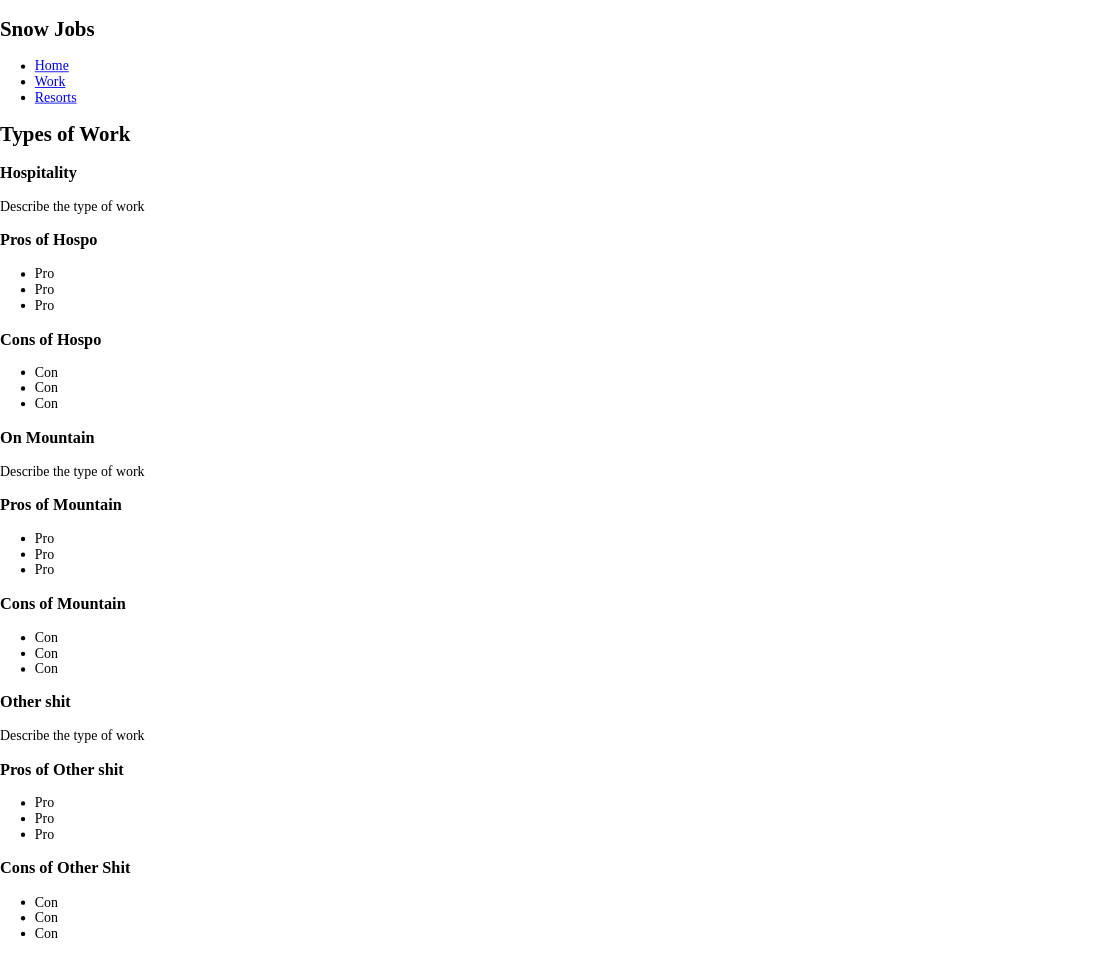
Repository: Jet-Gill-Lee/SnowSite
Page: work-overview.html
An editor plug-in stored every save of this project. The page is shown before and after the next save, followed by the edit.
The browser window is 1280 px wide. The pictures show the whole page, at 87% of full size.

Above is the page before, as saved 2021-07-24 23:45:41.

### work-overview.html
<!DOCTYPE html>
<html lang="en">
<head>
    <meta charset="UTF-8">
    <meta http-equiv="X-UA-Compatible" content="IE=edge">
    <meta name="viewport" content="width=device-width, initial-scale=1.0">
    <link rel="stylesheet" href="css/stylesheet.css">
    <title>SnowSite</title>
</head>
<body>
<!-- PAGE HEADER -->
  <header id="page-header">
  <!-- HEADER TEXT-->
  <h2>
    Snow Jobs
  </h2>
  <!-- TOP NAVIGATION BAR -->
  <nav id='main-nav'>
    <ul>
      <li><a href="index.html">Home</a></li>
      <li><a href="work.html">Work</a></li>
      <li><a href="resorts.html">Resorts</a></li>
    </ul>
  </nav>
  </header>
<!-- MAIN -->
  <div id="page-main">
    <div id="main-info">
      <!-- TYPES OF WORK -->
        <section id="work-section">
        <div id="main-work-div">
            <div class="section-header">
                <h2>Types of Work</h2>
            </div>
            <div class="work-option">
                <div class="work-option-name">
                <h3>Hospitality</h3>
                <p>Describe the type of work</p>
                </div>
                <div class="work-option-pros">
                    <h3>
                        Pros of Hospo
                    </h3>
                    <ul>
                        <li>Pro</li>
                        <li>Pro</li>
                        <li>Pro</li>
                    </ul>
                </div>
                <div class="work-option-cons">
                    <h3>
                        Cons of Hospo
                    </h3>
                    <ul>
                        <li>Con</li>
                        <li>Con</li>
                        <li>Con</li>
                    </ul>
                </div>
            </div>
            <div class="work-option">
                <div class="work-option-name">
                <h3>On Mountain</h3>
                <p>Describe the type of work</p>
                </div>
                <div class="work-option-pros">
                    <h3>
                        Pros of Mountain
                    </h3>
                    <ul>
                        <li>Pro</li>
                        <li>Pro</li>
                        <li>Pro</li>
                    </ul>
                </div>
                <div class="work-option-cons">
                    <h3>
                        Cons of Mountain
                    </h3>
                    <ul>
                        <li>Con</li>
                        <li>Con</li>
                        <li>Con</li>
                    </ul>
                </div>
            </div>
            <div class="work-option">
                <div class="work-option-name">
                <h3>
                    Other shit
                </h3>
                <p>Describe the type of work</p>
                </div>
                <div class="work-option-pros">
                    <h3>
                        Pros of Other shit
                    </h3>
                    <ul>
                        <li>Pro</li>
                        <li>Pro</li>
                        <li>Pro</li>
                    </ul>
                </div>
                <div class="work-option-cons">
                    <h3>
                        Cons of Other Shit
                    </h3>
                    <ul>
                        <li>Con</li>
                        <li>Con</li>
                        <li>Con</li>
                    </ul>
                </div>
            </div>
        </div>
        </section>
      <!-- TYPES OF RESORTS -->
        <section id="resort-info">
          <div id="resorts-main">
          </div>
        </section>
    <!-- FOOTER -->

</body>
</html>

### css/stylesheet.css
body {
  margin:0;
  padding:0;
}
* {
  box-sizing: border-box;
}
.hero {
  background: url('../image/background-desktop.jpg');
  background-repeat: no-repeat;
  background-size: cover;
  background-position: 50% 0;
  height: 100vh;
}
.navbar {
  display: flex;
  background-color: rgba(0, 0, 0);
  justify-content: space-around;
  align-items: center;
  box-sizing: unset;
}
.brand-title {
  font-size: 1.5rem;
  height: 100%;
}
.brand-title a{
  color: white;
  text-decoration: none;
  padding: 10px;
  display:block;
}
.navbar-links {
  height: 100%;
  align-items: center;
  justify-content: space-around;
}
.navbar-links ul{
  display: flex;
  list-style: none;
  padding: 0;
}
.navbar-links li a {
  padding: 0.5rem 1.5rem;
  text-decoration: none;
  display:block;
  color:white;
}
.navbar-links ul li a:hover {
  background-color: rgba(255, 255, 255, 0.178);
}

.toggle-button {
  display: none;
  flex-direction: column;
  justify-content: space-between;
  width: 30px;
  height: 20px;
  position: absolute;
  top: 1rem;
  right: 1.5rem;
}
.toggle-button .bar {
  width: 100%;
  height: 3px;
  background-color: white;
  border-radius: 10px;
}
.hero-content {
  margin-left: 20%;
  padding-top: 12vh;
}
.hero-text {
  width:45%;
  font-size: 3rem;
  display:none;
}
.hero-text.active {
  display: block;
}
.footer-flex-container {
  display: flex;
  flex-wrap: wrap;
  justify-content: space-between;

}
.footer {
  background-color: rgba(14, 13, 13, 0.863);
}
.footer-flex-item {
  min-width: 300px;
  width: 33.3%;
  display:flex;
  align-items: center;
  justify-content: center;
  min-height: 120px;
  text-align: center;
  padding-left: 5%;;
}
.footer-flex-item.flex-links {
 flex: 0.7
}
.footer-flex-item a{
  text-decoration: none;
  color:red;
}
.footer-flex-item a:visited{
  text-decoration: none;
  color: red;
}
.footer-flex-item p {
  padding: 2px;
  margin-bottom: 0;
  margin-top: 0;
  margin-left: 10px;
}
.footer-flex-item h4 {
  margin-top: 0;
  margin-bottom: 5px;
}
.copyright {
  text-align: center;
  width: 100%;
  padding: 5px;

}

@media (max-width: 900px) {
  .hero {
    height: 70vh;
  }
  .navbar-links {
    display:none;
    width: 100%;
  }
  .toggle-button {
    display: flex;
  }
  .hero-content {
    padding-top: 6vh;
  }
  .hero-text {
    position: absolute;
    top: 100px;
    z-index: 1;
  }
  .brand-title {
    padding-left: 20px;
  }
  .navbar {
    flex-direction: column;
    align-items: flex-start;
  }
  .navbar-links ul {
    flex-direction: column;
    align-items: center;
    width: 100%;
  }
  .navbar-links ul li {
    width: 100%;
    text-align: center;
  }
  .navbar-links.active {
    display: flex;
    z-index: 10;
  }
  .footer-flex-container{
    flex-wrap: wrap;
    justify-content: center;
  }
  .footer-flex-item.contact {
    order: 3;
  }
}
@media (max-width: 400px) {
 .hero {
   height: 50vh;
 }
 .hero-content {
   margin: 20px;
 }
 .hero-text {
   padding-top: 10px;
   top: 50px;
   width: 80%;
   word-wrap: break-word;
 }
}

After the next save:
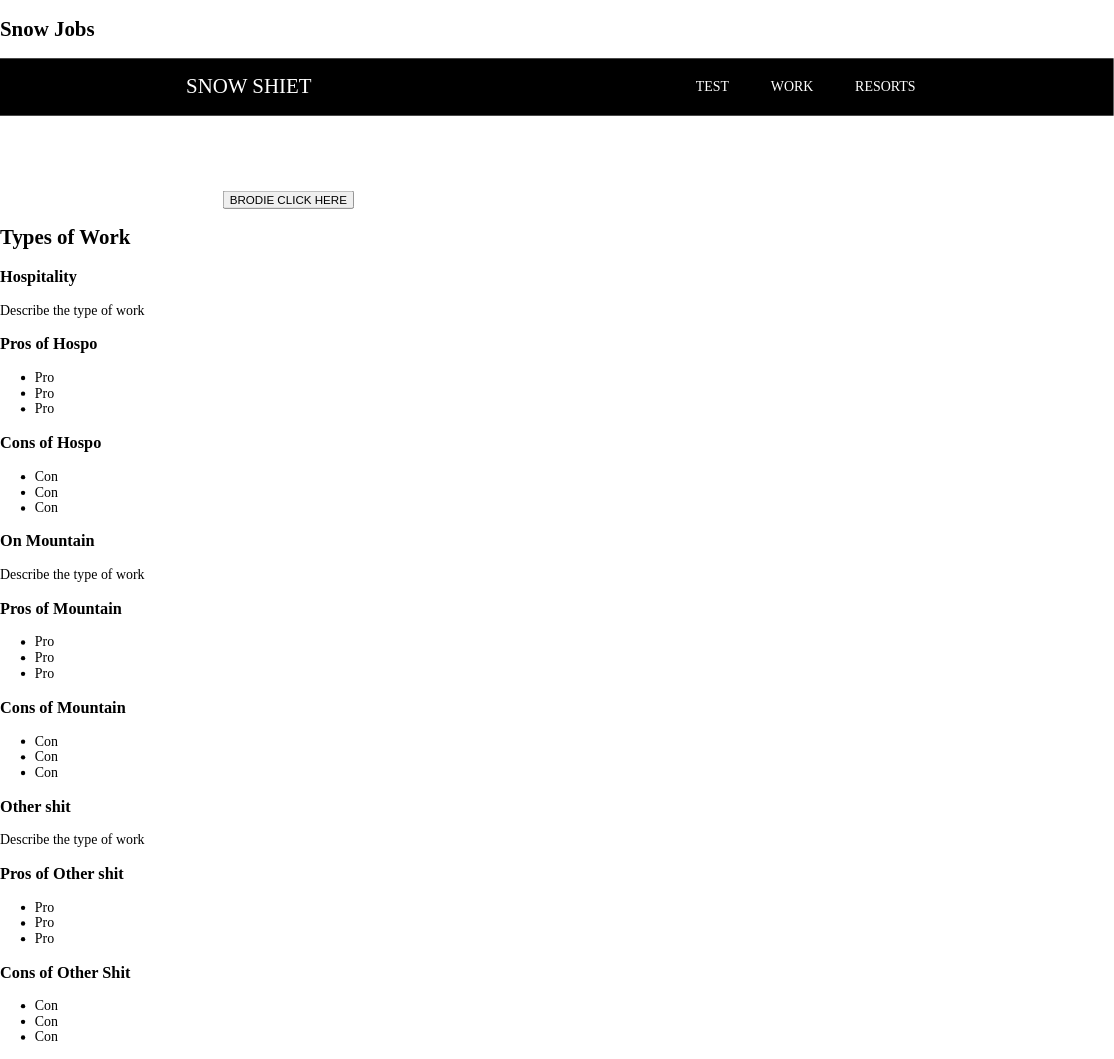
Saved 2 min 52 s later.
--- a/work-overview.html
+++ b/work-overview.html
@@ -15,14 +15,27 @@
     Snow Jobs
   </h2>
   <!-- TOP NAVIGATION BAR -->
-  <nav id='main-nav'>
-    <ul>
-      <li><a href="index.html">Home</a></li>
-      <li><a href="work.html">Work</a></li>
-      <li><a href="resorts.html">Resorts</a></li>
-    </ul>
-  </nav>
-  </header>
+  <div class="navbar">
+    <div class="brand-title"><a href='index.html'>SNOW SHIET</a></div>
+      <a href='#' class='toggle-button'>
+      <span class="bar"></span>
+      <span class="bar"></span>
+      <span class="bar"></span></a>
+    <div class="navbar-links">
+      <ul>
+        <li><a href="submit-stuff.html">TEST</a></li>
+        <li><a href="work-overview.html">WORK</a></li>
+        <li><a href="resorts-overview.html">RESORTS</a></li>
+      </ul>
+    </div>
+  </div>
+  <div class="hero-content">
+    <button id='brodie-button'>BRODIE CLICK HERE</button>
+    <div class="hero-flex-item hero-text">
+      TAGLINE <br>
+      <span>LMAO BRODIE YOU ARE A BITCH </span>
+    </div>
+  </div>
 <!-- MAIN -->
   <div id="page-main">
     <div id="main-info">
